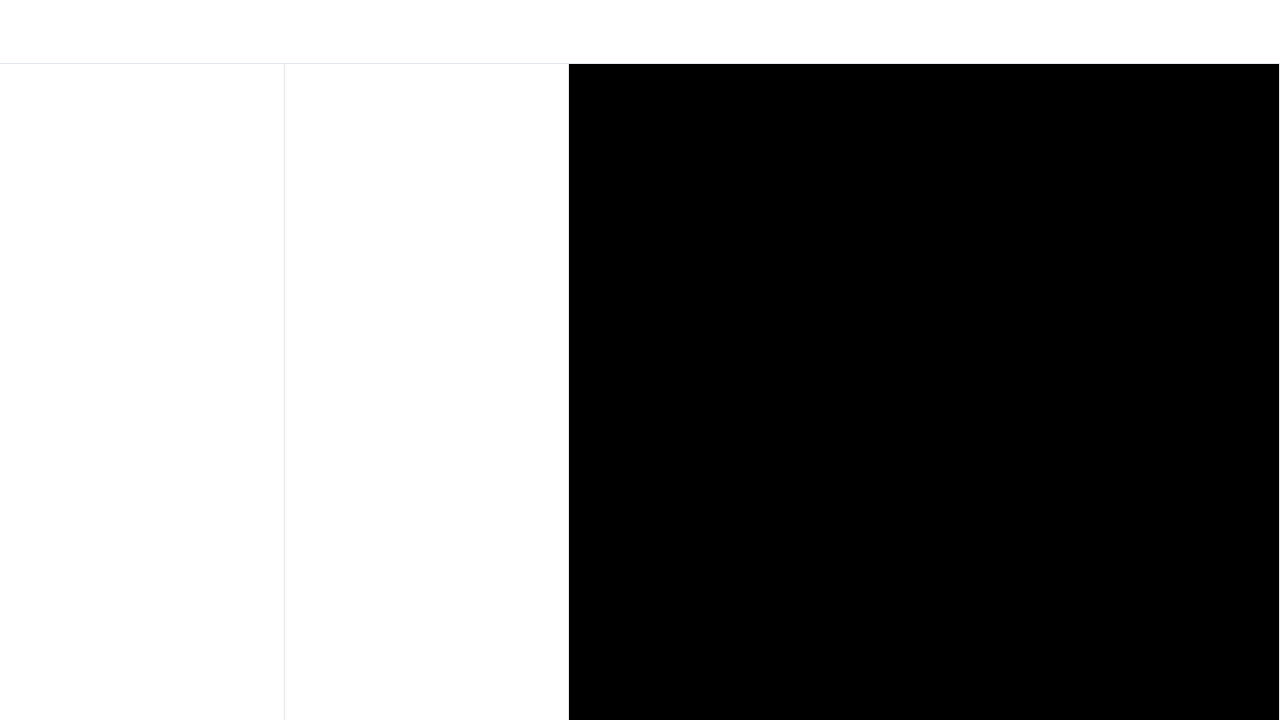
Repository: VictorJPimentel/Resume-Matcher
Page: / (app in frontend/)
The author's editor kept a copy of each file at every save. The page is drawn from the files as they stood at one save, then again after the next save.
The browser window is 1280 px wide. The pictures show the whole page.
The project was rebuilt for these pictures with package versions that can differ from the ones it lists, and the page was loaded fresh each time. Also part of the build but not shown: frontend/src/components/FileUpload.jsx.

Above is the page before, as saved 2022-08-09 20:04:24.

After the next save:
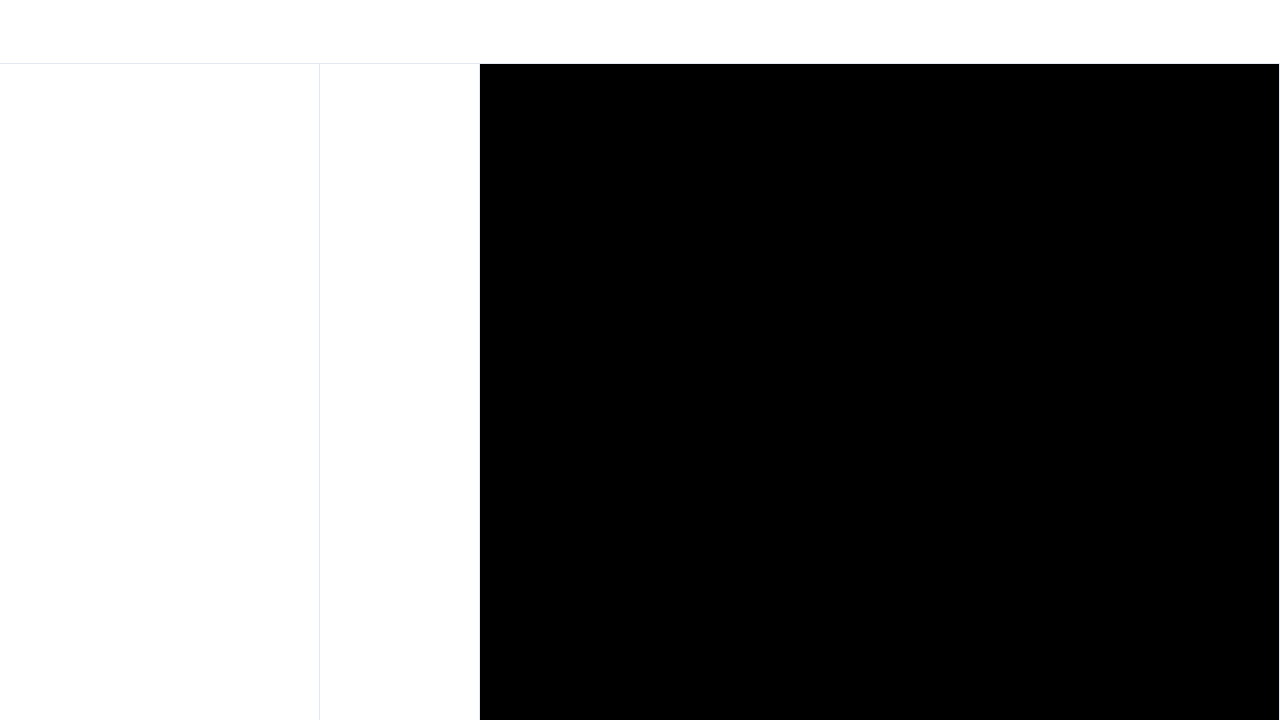
Saved 19 s later.
--- a/frontend/src/components/Candidates.jsx
+++ b/frontend/src/components/Candidates.jsx
@@ -3,7 +3,7 @@ import React, { useState, useEffect, useRef } from "react";
 function Candidates() {
   return (
     <div
-      className="flex flex-col z-40 left-0 top-0 h-full no-scrollbar w-2/5 border-r border-slate-200
+      className="flex flex-col z-40 left-0 top-0 h-full no-scrollbar w-1/5 border-r border-slate-200
        "
     ></div>
   );
